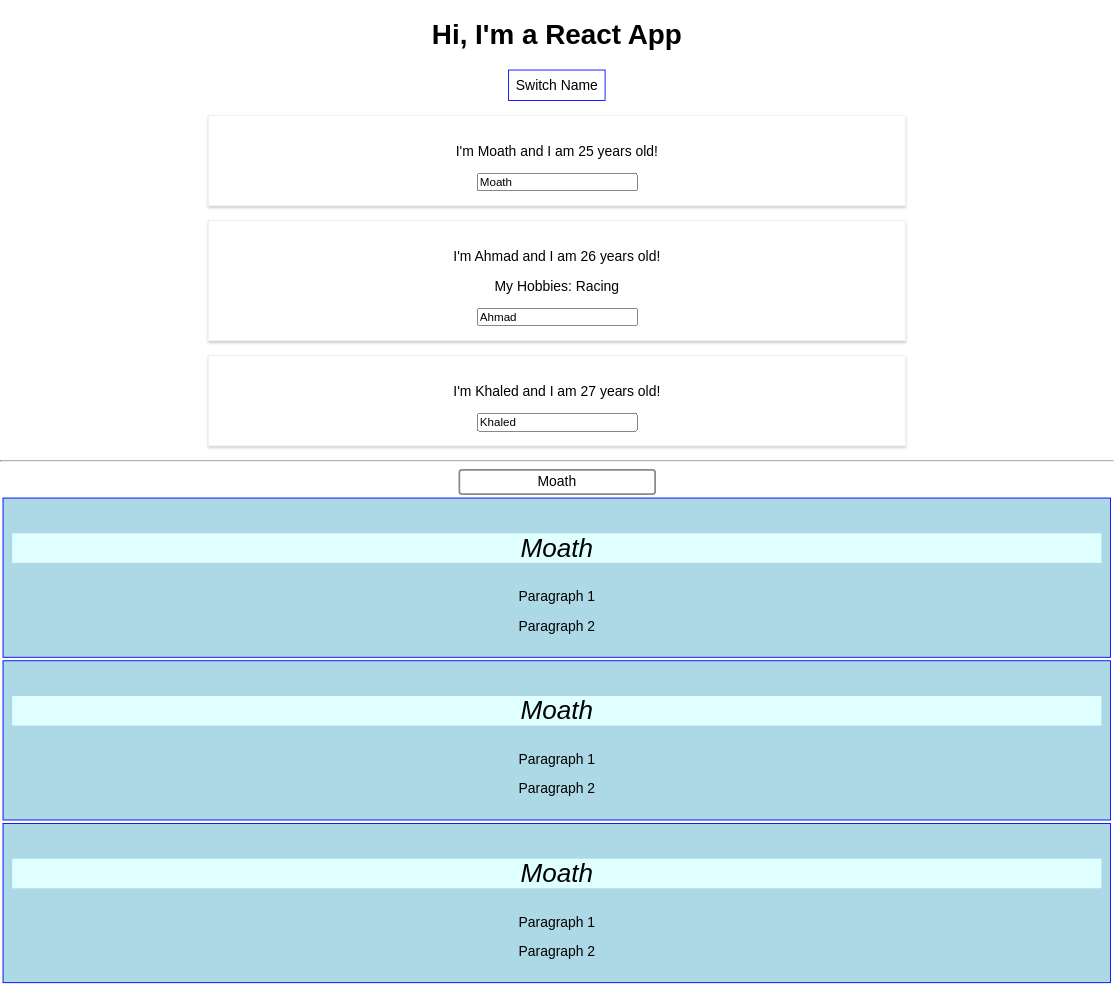
Repository: MuathYHKefayah/React-Basics
Page: /
An editor plug-in stored every save of this project. The page is shown before and after the next save, followed by the edit.
The browser window is 1280 px wide. The pictures show the whole page, at 87% of full size.
The project was rebuilt for these pictures with package versions that can differ from the ones it lists, and the page was loaded fresh each time.

Above is the page before, as saved 2020-12-12 10:34:53.

### src/App.js
import React, { Component } from 'react';
import './App.css';
import Person from './Person/Person';
import UserInput from './UserInput/UserInput';
import UserOutput from './UserOutput/UserOutput';

class App extends Component {
  state = {
     persons: [
       { name:'Moath', age: 25},
       { name:'Ahmad', age: 26},
       { name:'Khaled', age: 27},
     ],
     username: "Moath"
  }

  switchNameHandler  = (newName, newAge) => {
    //Don't Do This: this.state.persons[0].name = "Max";
    this.setState({
      persons: [
        { name:newName, age: 25},
        { name:'Ahmad', age: 26},
        { name:'Khaled', age: newAge},
      ]
    })
  }

  nameChangedHandler = (event) => {
    this.setState({
      persons: [
        { name:'Moath', age: 25},
        { name: event.target.value, age: 26},
        { name:'Khaled', age: 27},
      ]
    })
  }

  usernameChangedHandelr = (event) => {
    this.setState({
      username: event.target.value
    })
  }

  render() {
    const style = {
      backgroundColor: 'white',
      font: 'inherit',
      border: '1px solid blue',
      padding: '8px',
      cursor: 'pointer'
    };

    return (
      // jsx \\ write html code in js file
      <div className="App">
        <h1>Hi, I'm a React App</h1>
        <button
          style={style}
          onClick={() => this.switchNameHandler('Moath!!', 30)}>Switch Name</button>
        <Person name={this.state.persons[0].name} age={this.state.persons[0].age}/>
        <Person
          name={this.state.persons[1].name}
          age={this.state.persons[1].age}
          click={this.switchNameHandler.bind(this, 'Moath!', 40)}
          changed={this.nameChangedHandler}
          >My Hobbies: Racing</Person>
        <Person name={this.state.persons[2].name} age={this.state.persons[2].age}/>
        <hr/>
        <UserInput
          name={this.state.username}
          changed={this.usernameChangedHandelr}/>

        <UserOutput name={this.state.username}/>
        <UserOutput name={this.state.username}/>
        <UserOutput name={this.state.username}/>

      </div>
    );
    //return React.createElement('div', {className: 'App'} , React.createElement('h1', null , 'Hi, I\'m a React App !!!' ))
  }
}

export default App;

### src/Person/Person.js
import React from 'react';
import './Person.css';

const person = (props) => {
    return (
        <div className="Person">
            <p onClick={props.click}>I'm {props.name} and I am {props.age} years old!</p>
            <p>{props.children}</p>
            <input type="text" onChange={props.changed} value={props.name}/>
        </div>
    )
};

export default person;

### src/UserInput/UserInput.js
import React, { Component } from 'react';


class UserInput extends Component{
    render(){
        const style = {
            fontSize: '16px',
            fontFamily: 'inherit',
            padding: '0.25em 0.5em',
            backgroundColor: '#fff',
            border: '2px solid #8b8a8b',
            borderRadius: '4px',
            textAlign: 'center'
        }
        return(
            <div className="UserInput">
                <input
                    style= {style}
                    type="text"
                    onChange={this.props.changed}
                    value={this.props.name}/>
            </div>

        );
    }
}

export default UserInput;

### src/UserOutput/UserOutput.js
import React, { Component } from 'react';
import './UserOutput.css'

class UserOutput extends Component {

    render(){
        const style = {
            backgroundColor: 'lightcyan',
            fontStyle: 'oblique',
            fontSize: '30px'
        };
        return(
            <div className="UserOutput">
                <p style={style}>{this.props.name}</p>
                <p>Paragraph 1</p>
                <p>Paragraph 2</p>
            </div>
        );
    }
}

export default UserOutput;

### src/UserOutput/UserOutput.css
.UserOutput{
    border: 1px solid blue;
    padding: 10px;
    background-color: lightblue;
    margin: 3px;
}

Loaded but not shown: public/index.html (common file); src/index.js (common file); src/index.css (common file); src/registerServiceWorker.js (common file); src/App.css (common file); src/Person/Person.css (common file)

After the next save:
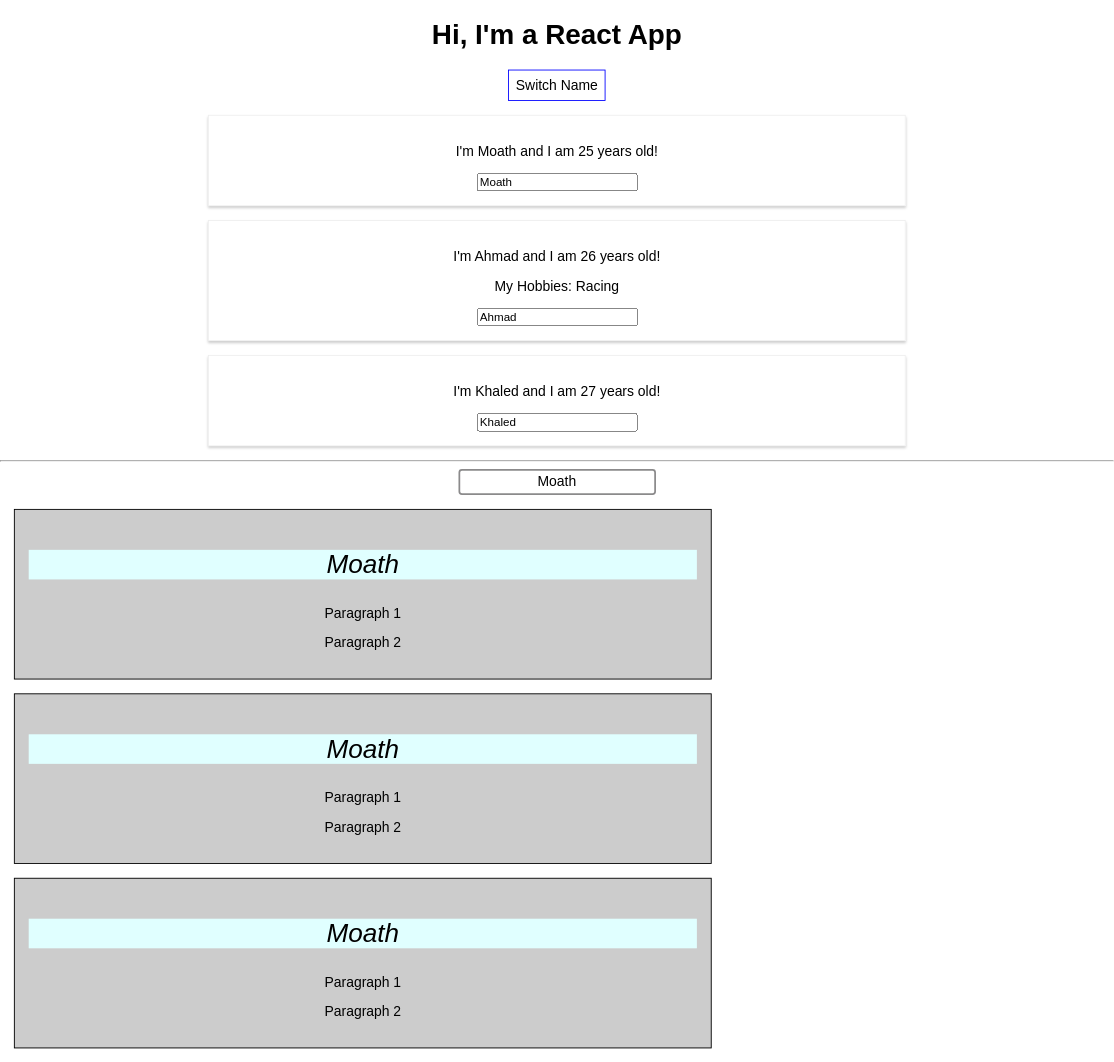
Saved 97 min 48 s later.
--- a/src/UserOutput/UserOutput.css
+++ b/src/UserOutput/UserOutput.css
@@ -1,6 +1,8 @@
 .UserOutput{
-    border: 1px solid blue;
-    padding: 10px;
-    background-color: lightblue;
-    margin: 3px;
+    width: 60%;
+    border: 1px solid black;
+    padding: 16px;
+    background-color: #ccc;
+    margin: 16px;
+    text-align: center;
 }
